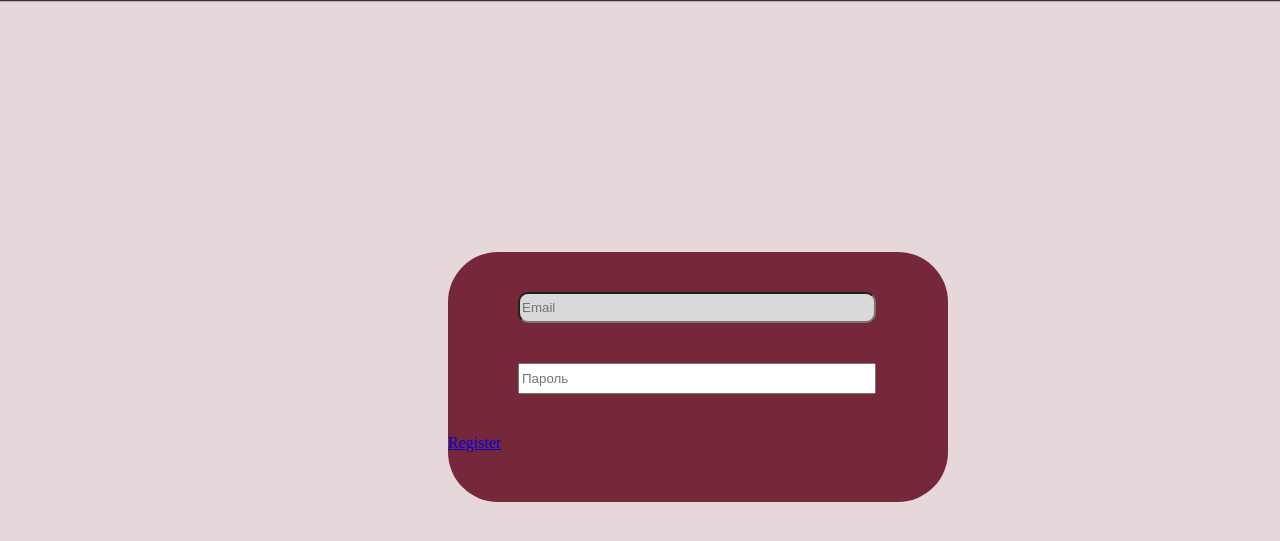
Repository: Kotya2001/FuzzyOps-App
Page: /login (app in frontend/my-app/)
An editor plug-in stored every save of this project. The page is shown before and after the next save, followed by the edit.
The browser window is 1280 px wide. The pictures show the whole page.
The project was rebuilt for these pictures with package versions that can differ from the ones it lists, and the page was loaded fresh each time. Also part of the build but not shown: frontend/my-app/src/pages/Item.js, frontend/my-app/src/pages/Base.js, frontend/my-app/src/pages/Resources.js, frontend/my-app/src/pages/Register.js.

Above is the page before, as saved 2022-09-18 17:49:00.

After the next save:
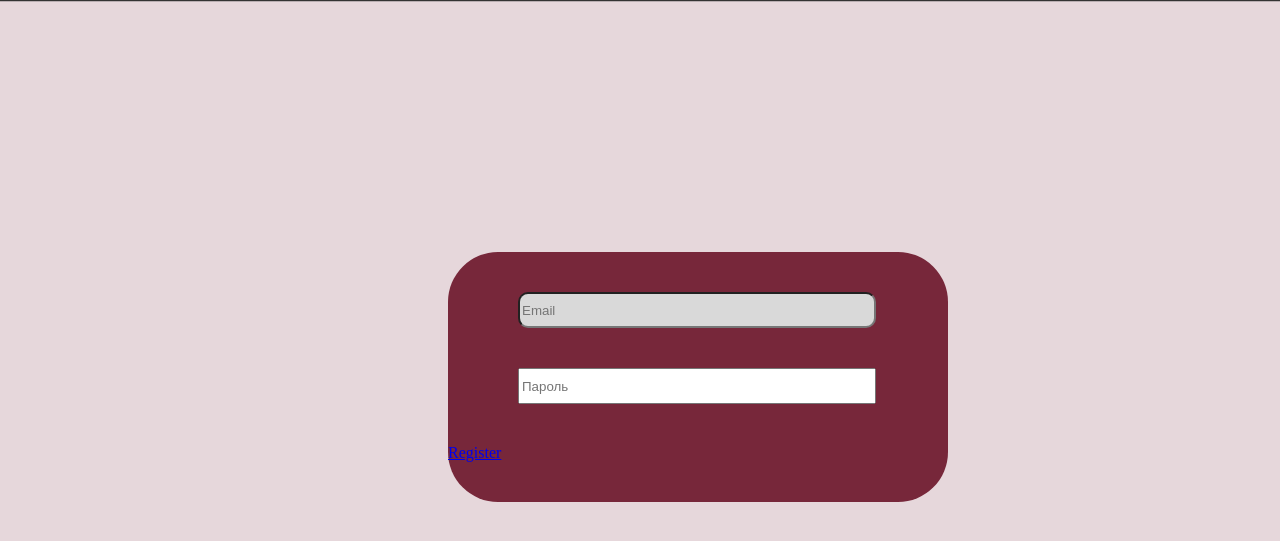
Saved 23 s later.
--- a/frontend/my-app/src/Styles.css
+++ b/frontend/my-app/src/Styles.css
@@ -110,7 +110,7 @@ body {
 input {
   display:block;
   width: 350px;
-  height: 25px;
+  height: 30px;
   margin: 40px 0;
   margin-left: 70px;
 }
